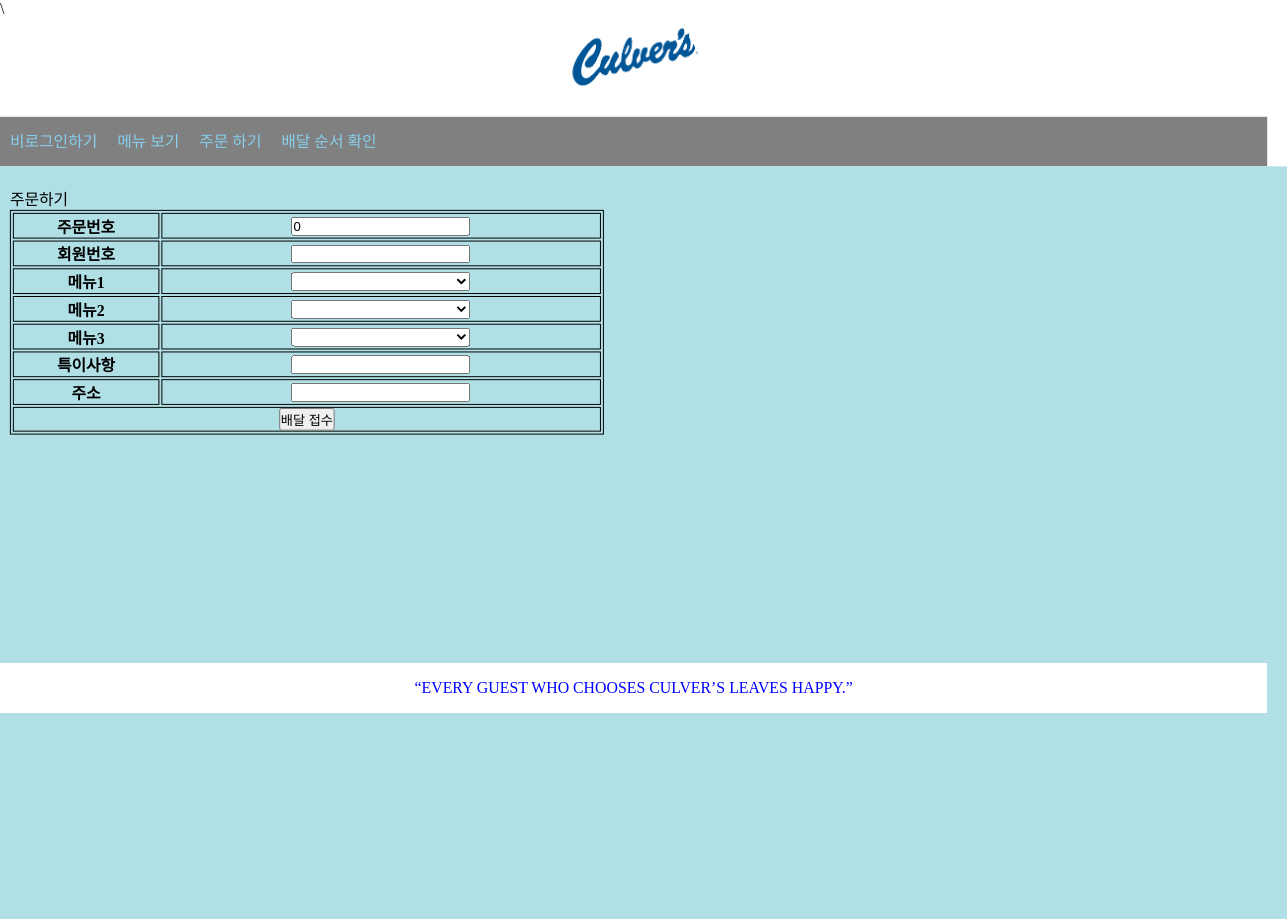
Repository: andy981217/culvers
Page: http://localhost/Culvers/order
The author's editor kept a copy of each file at every save. The page is drawn from the files as they stood at one save, then again after a run of saves.
The browser window is 1280 px wide. The page is 1300 px wide, so the pictures cover 1300 px, including what lies to the right of the window. The pictures show the whole page, at 99% of full size.
The page is served by Tomcat 9. Other server files are loaded and not shown. Queries for data that is not in the repository find no rows.

Above is the page before, as saved 2022-12-29 01:18:38.

### Culvers/src/main/webapp/order.jsp
<%@ page language="java" contentType="text/html; charset=UTF-8"
	pageEncoding="UTF-8"%>
<%
request.setCharacterEncoding("UTF-8");
%>
<%
request.setCharacterEncoding("UTF-8");
int order_no = 0;
order_no = (Integer) request.getAttribute("order_no");
%>

<!DOCTYPE html>
<html>
<head>
<meta charset="UTF-8">
<title>Insert title here</title>\
<link rel="stylesheet" href="style.css">
</head>
<body>
	<%@ include file="topmenu.jsp"%>
	<section>
		<div class="title">주문하기</div>
		<form name="frm" action="orderMenu">
			<div name="wrapper">
				<table>
					<tr>
						<th>주문번호</th>
						<td><input type="text" name="order_no"  value="<%=order_no%>"
							readonly></td>
					</tr>
					<tr>
						<th>회원번호</th>
						<td><input type="text" name="custno">
						</td>
					</tr>

					<tr>
						<th>메뉴1</th>
						<td><select name="menu">
								<option></option>
								<option value="1">The Culvers Deluxe</option>
								<option value="2">The Culvers Bacon Deluxe</option>
								<option value="3">Sundaes</option>
								<option value="4">Concrete mixer</option>
								<option value="5">Crinkle Cut Fries</option>
								<option value="6">Onion Rings</option>
								<option value="7">Coke</option>
								<option value="8">Sprite</option>
						</select></td>
					</tr>
					<tr>
						<th>메뉴2</th>
						<td><select name="menu">
								<option></option>
								<option value="1">The Culvers Deluxe</option>
								<option value="2">The Culvers Bacon Deluxe</option>
								<option value="3">Sundaes</option>
								<option value="4">Concrete mixer</option>
								<option value="5">Crinkle Cut Fries</option>
								<option value="6">Onion Rings</option>
								<option value="7">Coke</option>
								<option value="8">Sprite</option>
						</select></td>
					</tr>
					<tr>
						<th>메뉴3</th>
						<td><select name="menu">
								<option></option>
								<option value="1">The Culvers Deluxe</option>
								<option value="2">The Culvers Bacon Deluxe</option>
								<option value="3">Sundaes</option>
								<option value="4">Concrete mixer</option>
								<option value="5">Crinkle Cut Fries</option>
								<option value="6">Onion Rings</option>
								<option value="7">Coke</option>
								<option value="8">Sprite</option>
						</select></td>
					</tr>
					<tr>
						<th>특이사항</th>
						<td><input type="text" name="require"></td>
					</tr>
					<tr>
						<th>주소</th>
						<td><input type="text" name="address"></td>
					</tr>
					<tr>
						<td colspan="2">
						<button class="btn" type="submit" onclick="">배달 접수</button>
						</td>
					</tr>
				</table>
			</div>
		</form>
	</section>
	<%@ include file="footer.jsp"%>
</body>
</html>

### Culvers/src/main/webapp/topmenu.jsp
<%@ page language="java" contentType="text/html; charset=UTF-8"
    pageEncoding="UTF-8"%>
<!DOCTYPE html>
<html>
<head>
<meta charset="UTF-8">
<title>Insert title here</title>
</head>
<body>
	<header>
		<a><img src="./images/logo.png"   ></a>
	</header>
	<nav>
		<ul>
			<li> <a href="add">비로그인하기</a></li>
			<li> <a href="list">메뉴 보기</a></li>
			<li> <a href="order">주문 하기</a></li>
			<li> <a href="check">배달 순서 확인</a></li>
		</ul>
	</nav>
</body>
<link href="style.css" rel="stylesheet" type="text/css">
</html>

### Culvers/src/main/webapp/footer.jsp
<%@ page language="java" contentType="text/html; charset=UTF-8"
    pageEncoding="UTF-8"%>
<!DOCTYPE html>
<html>
<head>
<meta charset="UTF-8">
<title>Insert title here</title>
</head>
<body>
	<footer>
		“EVERY GUEST WHO CHOOSES CULVER’S LEAVES HAPPY.”
	</footer>
</body>
<link href="style.css" rel="stylesheet" type="text/css">
</html>

### Culvers/src/main/java/controller/DeliveryController.java
package controller;

import java.io.IOException;
import javax.servlet.ServletException;
import javax.servlet.annotation.WebServlet;
import javax.servlet.http.HttpServlet;
import javax.servlet.http.HttpServletRequest;
import javax.servlet.http.HttpServletResponse;

import DAO.LoginDAO;

@WebServlet("/")
public class DeliveryController extends HttpServlet {
	private static final long serialVersionUID = 1L;

	public DeliveryController() {
		super();
	}

	protected void doGet(HttpServletRequest request, HttpServletResponse response)
			throws ServletException, IOException {
		doPro(request, response);
	}

	protected void doPost(HttpServletRequest request, HttpServletResponse response)
			throws ServletException, IOException {
		request.setCharacterEncoding("UTF-8");
		doPro(request, response);
	}

	protected void doPro(HttpServletRequest request, HttpServletResponse response)
			throws ServletException, IOException {
		request.setCharacterEncoding("UTF-8");
		String context = request.getContentType();
		String command = request.getServletPath();
		String site = null;

		LoginDAO login = new LoginDAO();

		switch (command) {
		case "/add":
			site = login.nextCustno(request, response);
			break;
		case "/insertLog":
			site = login.insertLog(request, response);
			break;
		case "/list":
			site = "list.jsp";
			break;
		case "/order":
			site = login.nextOrder(request,response);
			break;

		 case "/orderMenu":
			 site = login.orderMenu(request, response);
			 break;
		 case "/check":
			 site = login.selectAll(request, response);
			 break;


		}
		getServletContext().getRequestDispatcher("/" + site).forward(request, response);
	}
}

### Culvers/src/main/java/DAO/LoginDAO.java
package DAO;

import java.io.IOException;
import java.sql.Connection;
import java.sql.DriverManager;
import java.sql.PreparedStatement;
import java.sql.ResultSet;
import java.util.ArrayList;

import javax.servlet.ServletException;
import javax.servlet.http.HttpServletRequest;
import javax.servlet.http.HttpServletResponse;

import DTO.Delivery;

public class LoginDAO {
	Connection conn = null;
	PreparedStatement ps = null;
	ResultSet rs = null;

	// 데이터 베이스 연결
	public static Connection getConnection() throws Exception {
		Class.forName("oracle.jdbc.OracleDriver");
		Connection con = DriverManager.getConnection("jdbc:oracle:thin:@//localhost:1521/xe", "test", "test1234");
		return con;
	}

	public String insertLog(HttpServletRequest request, HttpServletResponse response)
			throws ServletException, IOException {
		int custno = Integer.parseInt(request.getParameter("custno"));
		String name = request.getParameter("name");
		String phone = request.getParameter("phone");
		int result = 0;

		try {
			conn = getConnection();
			String sql = "insert into login values(?,?,?)";
			ps = conn.prepareStatement(sql);
			ps.setInt(1, custno);
			ps.setString(2, name);
			ps.setString(3, phone);

			result = ps.executeUpdate();
			conn.close();
			ps.close();
		} catch (Exception e) {
			e.printStackTrace();
		}
		return "list.jsp";

	}

	public String nextCustno(HttpServletRequest request, HttpServletResponse response)
			throws ServletException, IOException {
		try {
			conn = getConnection();
			String sql = "select max(custno)+1 custno from login";
			ps = conn.prepareStatement(sql);
			rs = ps.executeQuery();
			int custno = 0;
			if (rs.next())
				custno = rs.getInt(1);

			request.setAttribute("custno", custno);
			conn.close();
			ps.close();
			rs.close();

		} catch (Exception e) {
			e.printStackTrace();
		}
		return "login.jsp";
	}
	public String nextOrder(HttpServletRequest request, HttpServletResponse response)
		throws ServletException,IOException{
			try {
				conn=getConnection();
				String sql = "select max(order_no)+1 order_no from delivery ";
				ps = conn.prepareStatement(sql);
				rs= ps.executeQuery();
				int order_no = 0;
				if(rs.next())
					order_no = rs.getInt(1);

				request.setAttribute("order_no", order_no);
				conn.close();
				ps.close();
				rs.close();
			}catch(Exception e) {
				e.printStackTrace();
		}
			return "order.jsp";
	}
	public String orderMenu(HttpServletRequest request, HttpServletResponse response)
			throws ServletException,IOException{

			int order_no = Integer.parseInt(request.getParameter("order_no"));
			int custno = Integer.parseInt(request.getParameter("custno"));
			String menu1 = request.getParameter("menu1");
			String menu2 = request.getParameter("menu2");
			String menu3 = request.getParameter("menu3");
			String address = request.getParameter("address");
			String req = request.getParameter("request");
			int result = 0;

			try {
				conn = getConnection();
				String sql = "insert into delivery values(?,?,?,?,?,?,?) ";
				ps = conn.prepareStatement(sql);
				ps.setInt(1, order_no);
				ps.setInt(2, custno);
				ps.setString(3, menu1);
				ps.setString(4, menu2);
				ps.setString(5, menu3);
				ps.setString(6, address);
				ps.setString(7, req);

				result = ps.executeUpdate();

				conn.close();
				ps.close();
				rs.close();

			}catch(Exception e) {
				e.printStackTrace();
			}
			return "orderList.jsp";
	}
	public String selectAll(HttpServletRequest request, HttpServletResponse response)
			throws ServletException,IOException{
		ArrayList<Delivery> list = new ArrayList<Delivery>();
		try {
			conn = getConnection();
			String sql = "select order_no, custno, address, req from delivery order by order_no ";

			ps = conn.prepareStatement(sql);
			rs = ps.executeQuery();

			while(rs.next()) {
				Delivery delivery = new Delivery();
				delivery.setOrder_no(rs.getInt(1));
				delivery.setCustno(rs.getInt(2));
				delivery.setAddress(rs.getString(3));
				delivery.setReq(rs.getString(4));

				list.add(delivery);
			}
			System.out.println(list);
			request.setAttribute("list", list);

			conn.close();
			ps.close();
			rs.close();

		}catch(Exception e) {
			e.printStackTrace();
		}
		return "orderList.jsp";

	}

}

### Culvers/src/main/webapp/style.css
@charset "UTF-8";

*{
	margin:0;
	padding:0;
}
header{
	height:100px;
	line-height:150px;
	width:100%;
	background:white;
	text-align:center;
	font-size:25px;
	color: #fff;
}

/**/

.featured_characters_image ul  li {
	padding : 50px;
	background :red;
 	width : 50px;
    height : 50px;
    float: left;
    margin : 10px;
    list-style: none;
}

.featured_characters_image ul  li img {

}

/**/
nav ul{
	height:50px;
	line-height:50px;
	width:100%;
	background:gray;
	overflow:hidden;
}
nav ul li {
	float: left;
	list-style: none;
	padding: 0 10px;
}

a {
	text-decoration: none;
	color: skyblue;
}
section {
   position: absolute;
   overflow: auto;
   width: 100%;
   height: 100%;
   background: #B0E0E6;;
   padding: 20px 10px;
}
footer {
	position: fixed;
	bottom: 0;
	width: 100%;
	height: 50px;
	line-height: 50px;
	text-align: center;
	background: white;
	color: blue ;

}
.wrapper{
	display:flex;
	justify-content: center;
	align-items: center;
	text-align: cener;
	height:200px;
}
table{
	width: 600px;
}
table, tr, td, th{
	border: 1px solid black;
	text-align: center;
}

After the next 2 saves:
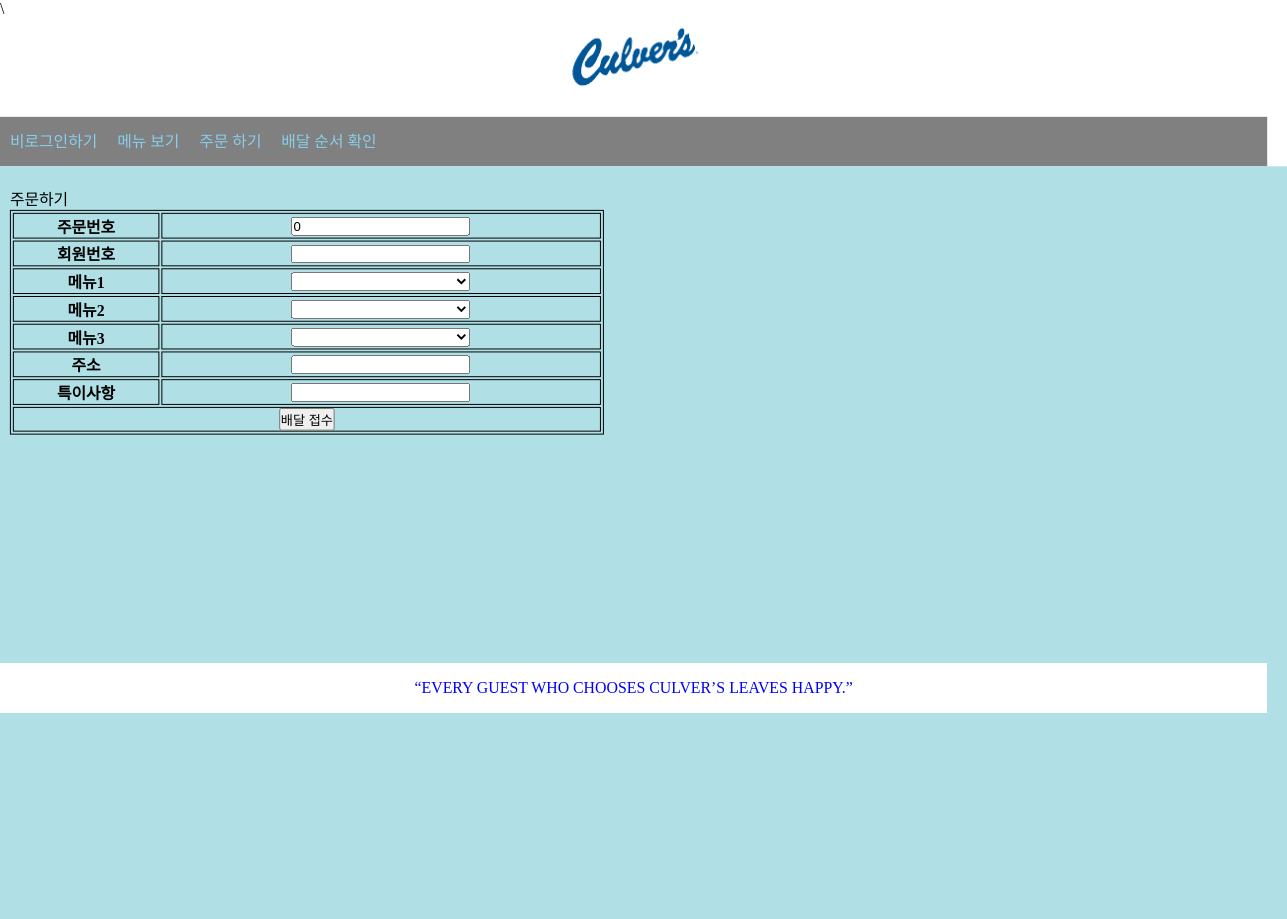
The 2 saves are shown as one change because they came seconds apart.
The last was saved 3 min 55 s later.
--- a/Culvers/src/main/webapp/order.jsp
+++ b/Culvers/src/main/webapp/order.jsp
@@ -77,12 +77,12 @@
 						</select></td>
 					</tr>
 					<tr>
+						<th>주소</th>
+						<td><input type="text" name="address"></td>
+					</tr>
+					<tr>
 						<th>특이사항</th>
 						<td><input type="text" name="require"></td>
-					</tr>
-					<tr>
-						<th>주소</th>
-						<td><input type="text" name="address"></td>
 					</tr>
 					<tr>
 						<td colspan="2">
